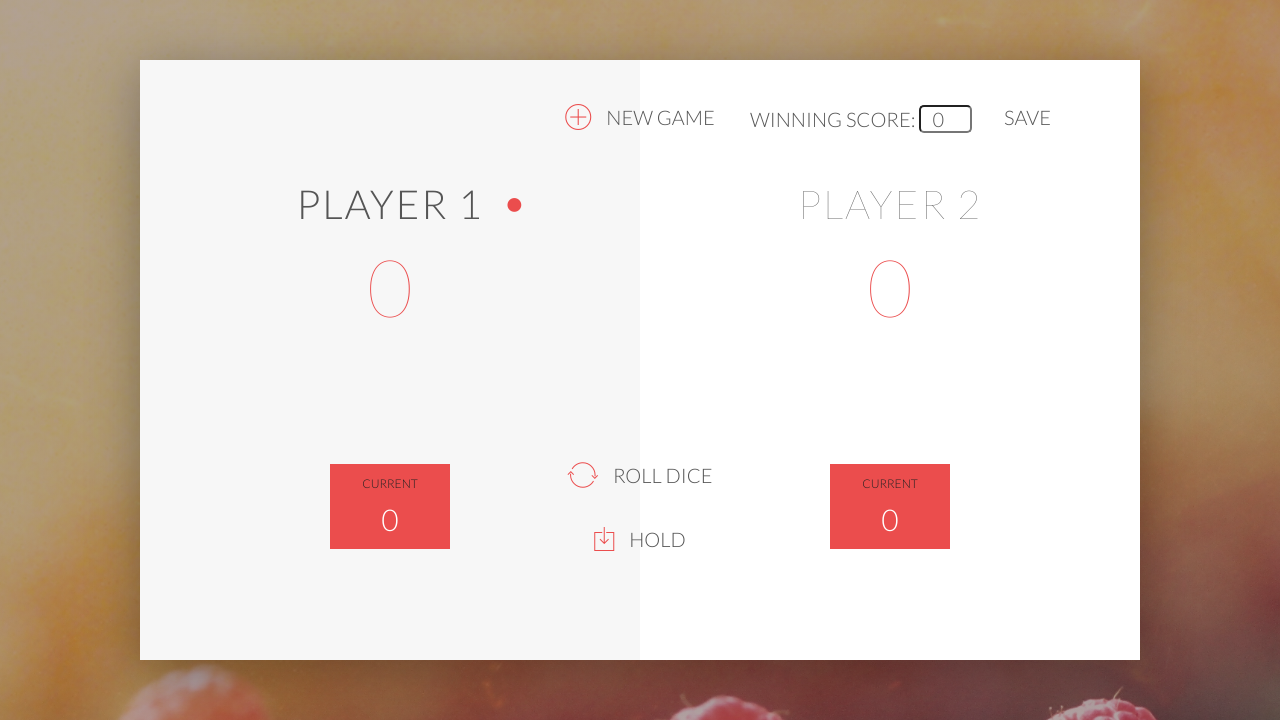
Repository: hexanek/hexanek.github.io
Page: pig-game/index.html
The author's editor kept a copy of each file at every save. The page is drawn from the files as they stood at one save, then again after the next save.
The browser window is 1280 px wide. The pictures show the whole page.

Above is the page before, as saved 2019-12-18 21:45:37.

### pig-game/index.html
<!DOCTYPE html>
<html lang="en">
    <head>
        <meta charset="UTF-8">
        <link href="https://fonts.googleapis.com/css?family=Lato:100,300,600" rel="stylesheet" type="text/css">
        <link href="http://code.ionicframework.com/ionicons/2.0.1/css/ionicons.min.css" rel="stylesheet" type="text/css">
        <link type="text/css" rel="stylesheet" href="style.css">

        <title>Pig Game</title>
    </head>

    <body>
        <div class="wrapper clearfix">
            <div class="player-0-panel active">
                <div class="player-name" id="name-0">Player 1</div>
                <div class="player-score" id="score-0">43</div>
                <div class="player-current-box">
                    <div class="player-current-label">Current</div>
                    <div class="player-current-score" id="current-0">11</div>
                </div>
            </div>

            <div class="player-1-panel">
                <div class="player-name" id="name-1">Player 2</div>
                <div class="player-score" id="score-1">72</div>
                <div class="player-current-box">
                    <div class="player-current-label">Current</div>
                    <div class="player-current-score" id="current-1">0</div>
                </div>
            </div>

            <button class="btn-new"><i class="ion-ios-plus-outline"></i>New game</button>
            <button class="btn-roll"><i class="ion-ios-loop"></i>Roll dice</button>
            <button class="btn-hold"><i class="ion-ios-download-outline"></i>Hold</button>
            <button class="btn-save"><i class="ion-ios-archive"></i>Save</button>
            <form action="#" class="form-score">
            Winning score: <input class="input-score" type="number" name="WinningScore" id="winScore" value="100">
            </form>
            <img src="dice-5.png" alt="Dice" class="dice">
        </div>

        <script src="app.js"></script>
    </body>
</html>

### pig-game/style.css
/**********************************************
*** GENERAL
**********************************************/

* {
    margin: 0;
    padding: 0;
    box-sizing: border-box;

}

.clearfix::after {
    content: "";
    display: table;
    clear: both;
}

body {
    background-image: linear-gradient(rgba(62, 20, 20, 0.4), rgba(62, 20, 20, 0.4)), url(back.jpg);
    background-size: cover;
    background-position: center;
    font-family: Lato;
    font-weight: 300;
    position: relative;
    height: 100vh;
    color: #555;
}

.wrapper {
    width: 1000px;
    position: absolute;
    top: 50%;
    left: 50%;
    transform: translate(-50%, -50%);
    background-color: #fff;
    box-shadow: 0px 10px 50px rgba(0, 0, 0, 0.3);
    overflow: hidden;
}

.player-0-panel,
.player-1-panel {
    width: 50%;
    float: left;
    height: 600px;
    padding: 100px;
}



/**********************************************
*** PLAYERS
**********************************************/

.player-name {
    font-size: 40px;
    text-align: center;
    text-transform: uppercase;
    letter-spacing: 2px;
    font-weight: 100;
    margin-top: 20px;
    margin-bottom: 10px;
    position: relative;
}

.player-score {
    text-align: center;
    font-size: 80px;
    font-weight: 100;
    color: #EB4D4D;
    margin-bottom: 130px;
}

.active { background-color: #f7f7f7; }
.active .player-name { font-weight: 300; }

.active .player-name::after {
    content: "\2022";
    font-size: 47px;
    position: absolute;
    color: #EB4D4D;
    top: -7px;
    right: 10px;

}

.player-current-box {
    background-color: #EB4D4D;
    color: #fff;
    width: 40%;
    margin: 0 auto;
    padding: 12px;
    text-align: center;
}

.player-current-label {
    text-transform: uppercase;
    margin-bottom: 10px;
    font-size: 12px;
    color: #222;
}

.player-current-score {
    font-size: 30px;
}

button {
    position: absolute;
    width: 200px;
    left: 50%;
    transform: translateX(-50%);
    color: #555;
    background: none;
    border: none;
    font-family: Lato;
    font-size: 20px;
    text-transform: uppercase;
    cursor: pointer;
    font-weight: 300;
    transition: background-color 0.3s, color 0.3s;
}


button:hover { font-weight: 600; }
button:hover i { margin-right: 20px; }

button:focus {
    outline: none;
}

i {
    color: #EB4D4D;
    display: inline-block;
    margin-right: 15px;
    font-size: 32px;
    line-height: 1;
    vertical-align: text-top;
    margin-top: -4px;
    transition: margin 0.3s;
}

.btn-new { top: 45px;}
.btn-roll { top: 403px;}
.btn-hold { top: 467px;}
.btn-save {
    left: 88%;
    top: 45px;
}
/* .input-score {
     top: 83px;
     position: absolute;
    width: 53px;
    left: 50%;
    transform: translateX(-50%);
    color: #555;
    background: none;
    border-radius: 5px;
    font-family: Lato;
    font-size: 20px;
    text-transform: uppercase;
    cursor: default;
    font-weight: 300;
    transition: background-color 0.3s, color 0.3s;
    } */
.input:focus{
    border: 3px solid #555;
}
.form-score{
    top: 45px;
     position: absolute;
    width: 240px;
    left: 73%;
    transform: translateX(-50%);
    color: #555;
    background: none;
    border-radius: 5px;
    font-family: Lato;
    font-size: 20px;
    text-transform: uppercase;
    cursor: default;
    font-weight: 300;
    transition: background-color 0.3s, color 0.3s;
}
.form-score input {
    text-align: center;
    width: 53px;
    color: #555;
    background: none;
    border-radius: 5px;
    font-family: Lato;
    font-size: 20px;
    text-transform: uppercase;
    cursor: default;
    font-weight: 300;
    transition: background-color 0.3s, color 0.3s;
}

.dice {
    position: absolute;
    left: 50%;
    top: 178px;
    transform: translateX(-50%);
    height: 100px;
    box-shadow: 0px 10px 60px rgba(0, 0, 0, 0.10);
}

.winner { background-color: #f7f7f7; }
.winner .player-name { font-weight: 300; color: #EB4D4D; }

### pig-game/app.js

var scores, roundScore, activePlayer, gamePlaying, doubleSix;
    init();



document.querySelector('.btn-roll').addEventListener('click', function(){
    if(gamePlaying){
    var dice = Math.floor(Math.random() * 6) + 1;


    var diceDom = document.querySelector('.dice');
    diceDom.style.display = 'block';
    diceDom.src = 'dice-' + dice + '.png';

    if (dice !== 1 && doubleSix !== dice) {

        doubleSix = dice;
        roundScore += dice;
        document.querySelector('#current-' + activePlayer).textContent = roundScore;

    } else {

        nextPlayer();
        doubleSix = 0;

    }


}


});




document.querySelector('.btn-hold').addEventListener('click', function(){
    if(gamePlaying){
    scores[activePlayer] += roundScore;
    document.querySelector('#score-' + activePlayer).textContent = scores[activePlayer];
    doubleSix = 0;


    if (scores[activePlayer] >= 100) {
        document.getElementById('name-' + activePlayer).textContent = 'Winner!';
        document.querySelector('.player-'+activePlayer+ '-panel').classList.add('winner');
        document.querySelector('.player-'+activePlayer+ '-panel').classList.remove('active');
        document.querySelector('.dice').style.display = 'none';
        gamePlaying = false;


    } else {
        nextPlayer();

    }
}
});

document.querySelector('.btn-new').addEventListener('click',  init);


function nextPlayer(){
    activePlayer === 0 ? activePlayer = 1 : activePlayer = 0;
        roundScore = 0;
        document.getElementById('current-0').textContent = '0';
        document.getElementById('current-1').textContent = '0';

        document.querySelector('.player-0-panel').classList.toggle('active');
        document.querySelector('.player-1-panel').classList.toggle('active');

        document.querySelector('.dice').style.display = 'none';
}

function init(){
    scores = [0,0];
    roundScore = 0;
    activePlayer = 0;
    gamePlaying = true;

    document.querySelector('.dice').style.display = 'none';
    var cos = 0;
    //document.querySelector('#current-'+ activePlayer).textContent = dice;
    document.getElementById('score-0').textContent = '0';
    document.getElementById('score-1').textContent = '0';
    document.getElementById('current-0').textContent = '0';
    document.getElementById('current-1').textContent = '0';
    document.getElementById('name-0').textContent = 'Player 1';
    document.getElementById('name-1').textContent = 'Player 2';
    document.querySelector('.player-0-panel').classList.remove('winner');
    document.querySelector('.player-1-panel').classList.remove('winner');
    document.querySelector('.player-0-panel').classList.remove('active');
    document.querySelector('.player-1-panel').classList.remove('active');
    document.querySelector('.player-0-panel').classList.add('active');
    document.getElementById('winScore').value = cos;
    console.log(cos);



}

After the next save:
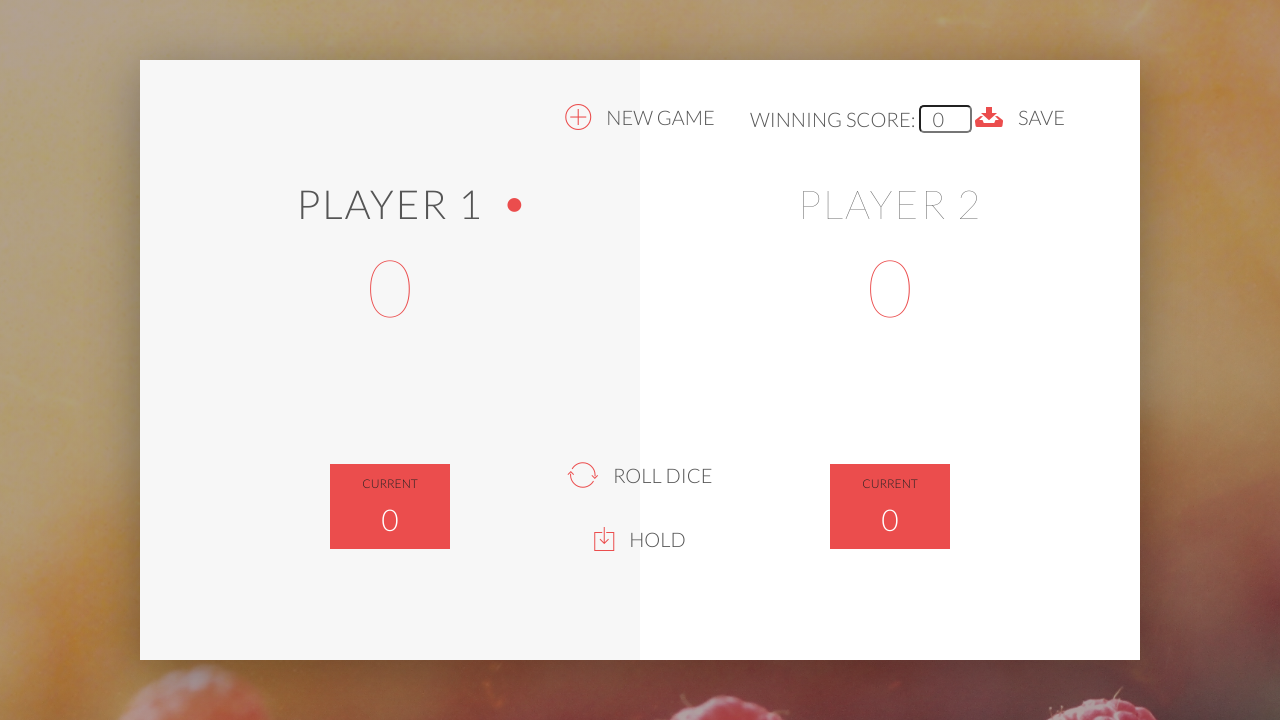
Saved 5 s later.
--- a/pig-game/index.html
+++ b/pig-game/index.html
@@ -32,7 +32,7 @@
             <button class="btn-new"><i class="ion-ios-plus-outline"></i>New game</button>
             <button class="btn-roll"><i class="ion-ios-loop"></i>Roll dice</button>
             <button class="btn-hold"><i class="ion-ios-download-outline"></i>Hold</button>
-            <button class="btn-save"><i class="ion-ios-archive"></i>Save</button>
+            <button class="btn-save"><i class="ion-archive"></i>Save</button>
             <form action="#" class="form-score">
             Winning score: <input class="input-score" type="number" name="WinningScore" id="winScore" value="100">
             </form>
